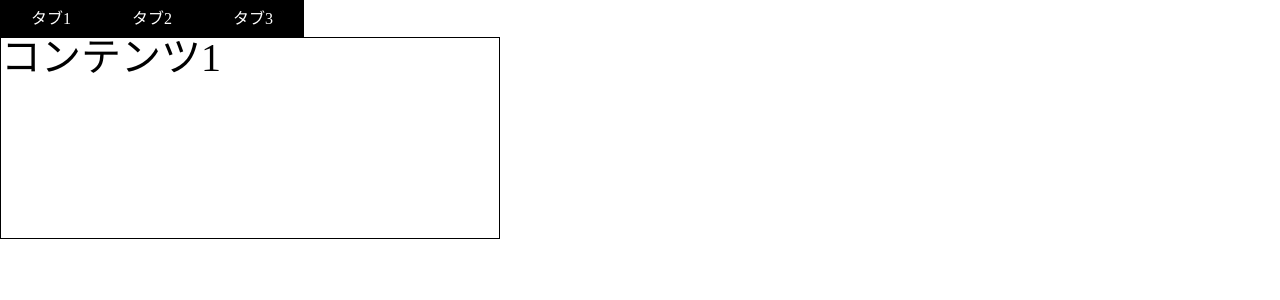
Repository: masanarimiura/20220617_miura
Page: index.html
An editor plug-in stored every save of this project. The page is shown before and after the next save, followed by the edit.
The browser window is 1280 px wide. The pictures show the whole page.

Above is the page before, as saved 2022-06-17 17:49:54.

### index.html
<!DOCTYPE html>
<html lang="ja">

<head>
  <meta charset="UTF-8">
  <meta http-equiv="X-UA-Compatible" content="IE=edge">
  <meta name="viewport" content="width=device-width, initial-scale=1.0">
  <title>Document</title>
  <script src="https://cdn.jsdelivr.net/npm/vue@2/dist/vue.js"></script>
  <style>
    html,
    body,
    div,
    span,
    object,
    iframe,
    h1,
    h2,
    h3,
    h4,
    h5,
    h6,
    p,
    blockquote,
    pre,
    abbr,
    address,
    cite,
    code,
    del,
    dfn,
    em,
    img,
    ins,
    kbd,
    q,
    samp,
    small,
    strong,
    sub,
    sup,
    var,
    b,
    i,
    dl,
    dt,
    dd,
    ol,
    ul,
    li,
    fieldset,
    form,
    label,
    legend,
    table,
    caption,
    tbody,
    tfoot,
    thead,
    tr,
    th,
    td,
    article,
    aside,
    canvas,
    details,
    figcaption,
    figure,
    footer,
    header,
    hgroup,
    menu,
    nav,
    section,
    summary,
    time,
    mark,
    audio,
    video {
      margin: 0;
      padding: 0;
      border: 0;
      outline: 0;
      font-size: 100%;
      vertical-align: baseline;
      background: transparent;
    }

    body {
      line-height: 1;
    }

    article,
    aside,
    details,
    figcaption,
    figure,
    footer,
    header,
    hgroup,
    menu,
    nav,
    section {
      display: block;
    }

    nav ul {
      list-style: none;
    }

    blockquote,
    q {
      quotes: none;
    }

    blockquote:before,
    blockquote:after,
    q:before,
    q:after {
      content: '';
      content: none;
    }

    a {
      margin: 0;
      padding: 0;
      font-size: 100%;
      vertical-align: baseline;
      background: transparent;
    }

    /* change colours to suit your needs */
    ins {
      background-color: #ff9;
      color: #000;
      text-decoration: none;
    }

    /* change colours to suit your needs */
    mark {
      background-color: #ff9;
      color: #000;
      font-style: italic;
      font-weight: bold;
    }

    del {
      text-decoration: line-through;
    }

    abbr[title],
    dfn[title] {
      border-bottom: 1px dotted;
      cursor: help;
    }

    table {
      border-collapse: collapse;
      border-spacing: 0;
    }

    /* change border colour to suit your needs */
    hr {
      display: block;
      height: 1px;
      border: 0;
      border-top: 1px solid #cccccc;
      margin: 1em 0;
      padding: 0;
    }

    input,
    select {
      vertical-align: middle;
    }

    #tab {
      width: 500px;
    }

    .tab-menu {
      display: flex;
    }

    .tabMenuItem {
      text-align: center;
      padding: 10px 0;
      cursor: pointer;
      list-style: none;
      width: 100px;
      border-top: 1px solid #000;
      border-left: 1px solid #000;
      border-right: 1px solid #000;
    }

    .tabMenuItem:not(:first-child) {
      border-left: none;
    }

    .tabMenuItem.active {
      background: #000;
      color: white;
    }

    .tab-content {
      height: 200px;
      border: 1px solid #000;
    }

    .tabContentItem {
      display: none;
      font-size: 40px;
    }

    .tabContentItem.show {
      display: block;
    }
  </style>
</head>

<body>
  <!-- 切り替えタブ -->
  <div id="tab">
    <ul class="tab-menu">
      <li class="tabMenuItem active" v-bind:class="tabContent1" v-on:click="changeClassName1">タブ1</li>
      <li class="tabMenuItem" v-bind:class="tabContent2" v-on:click="changeClassName2">タブ2</li>
      <li class="tabMenuItem" v-bind:class="tabContent3" v-on:click="changeClassName3">タブ3</li>
    </ul>
    <div class="tab-content">
      <div class="tabContentItem show">コンテンツ1</div>
      <div class="tabContentItem">コンテンツ2</div>
      <div class="tabContentItem">コンテンツ3</div>
    </div>
  </div>
  <script>
    const vm = new Vue({
      el: '#tab',
      data() {
        return {
          tabContent1: 'tabMenuItem',
          tabContent2: 'tabMenuItem active',
          tabContent3: 'tabMenuItem active',
        }
      },
      methods: {
        changeClassName1() {
          this.tabMenuItem = 'tabMenuItem active';
          this.tabContentItem = 'tabContentItem active';
        }
      }
    });
  </script>
</body>

</html>

After the next save:
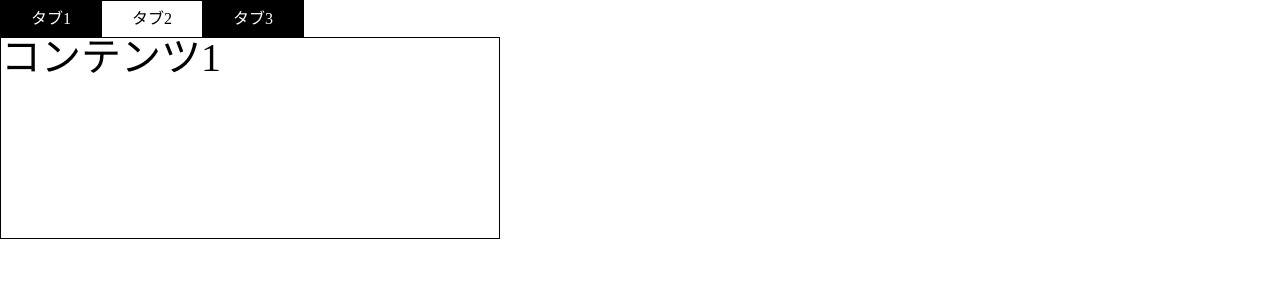
Saved 6 s later.
--- a/index.html
+++ b/index.html
@@ -238,7 +238,7 @@
       data() {
         return {
           tabContent1: 'tabMenuItem',
-          tabContent2: 'tabMenuItem active',
+          tabContent2: 'tabMenuItem',
           tabContent3: 'tabMenuItem active',
         }
       },
